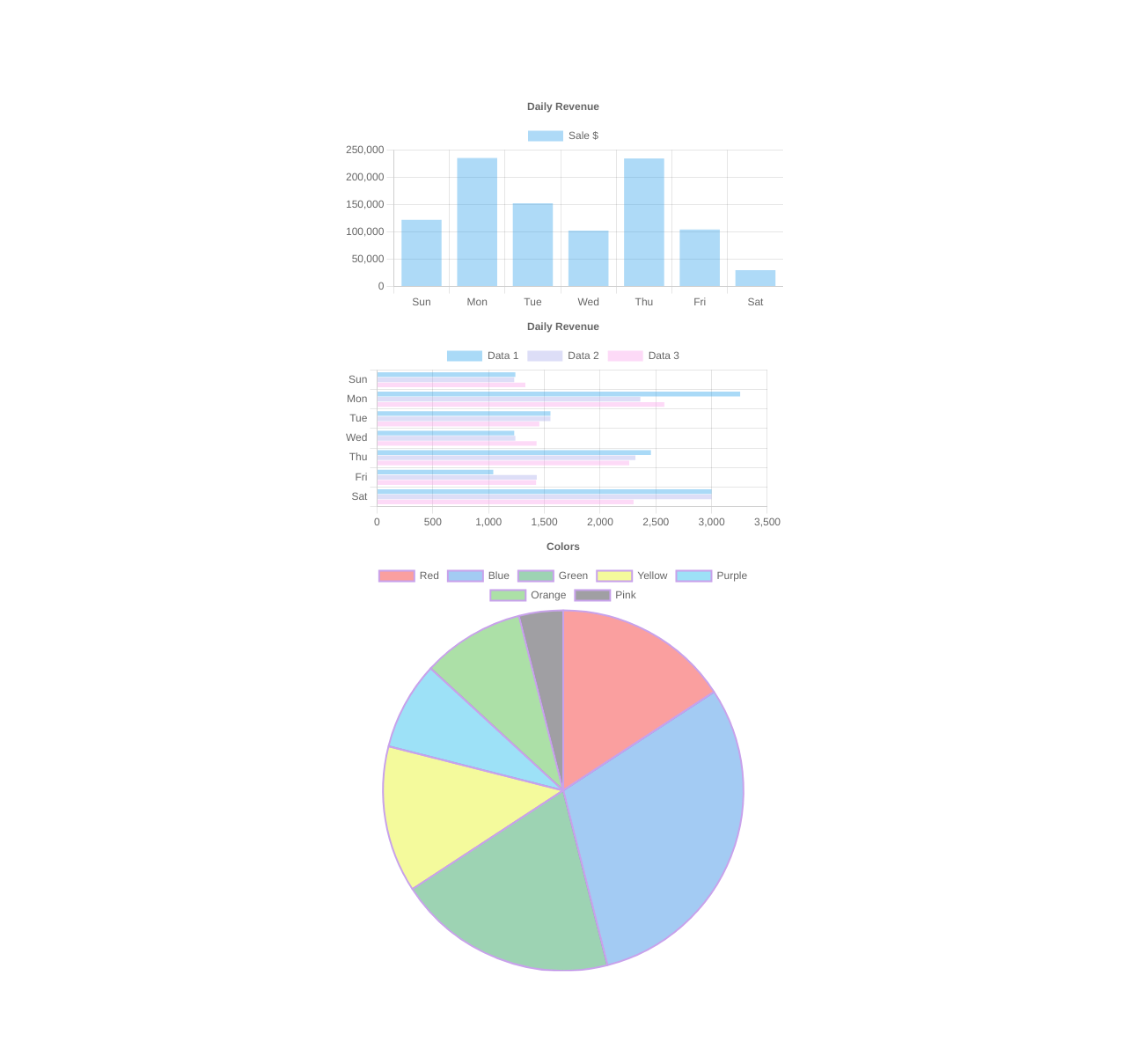
Repository: k8ANStar/exercise-5
Page: /
The author's editor kept a copy of each file at every save. The page is drawn from the files as they stood at one save, then again after a run of saves.
The browser window is 1280 px wide. The pictures show the whole page, at 88% of full size.
The project was rebuilt for these pictures with package versions that can differ from the ones it lists, and the page was loaded fresh each time. The framework's server and built-in components were replaced by stand-ins that run in the browser. Also part of the build but not shown: next.config.mjs.

Above is the page before, as saved 2024-04-15 10:44:55.

After the next 3 saves:
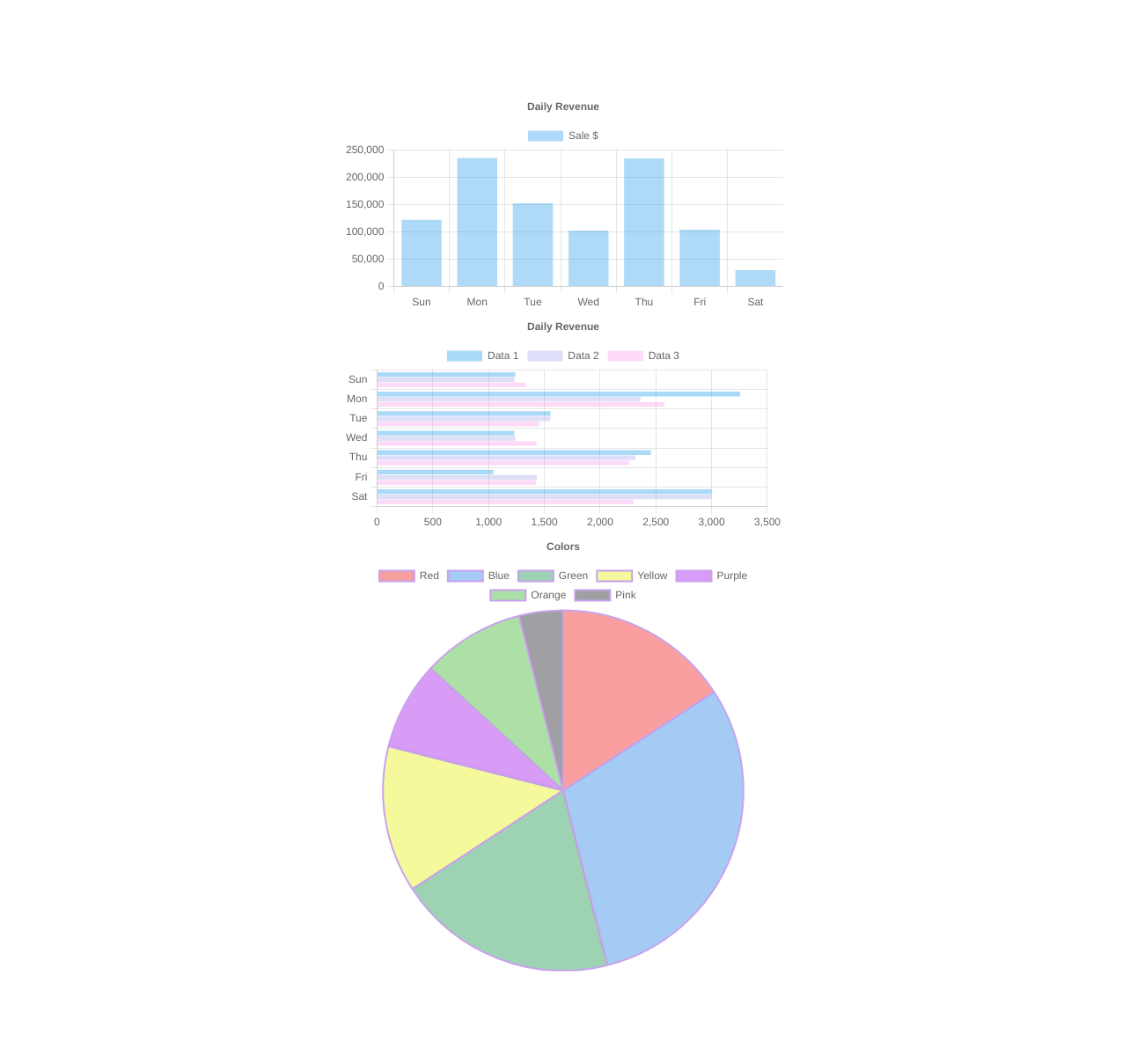
The 3 saves are shown as one change because they came seconds apart.
The last was saved 22 s later.
--- a/components/PieChart/index.js
+++ b/components/PieChart/index.js
@@ -31,7 +31,7 @@ export default function PieChart() {
 						"rgb(25, 126, 226, 0.4)",
 						"rgb(11, 146, 65, 0.4)",
 						"rgb(228, 243, 9, 0.4)",
-						"rgb(12, 180, 235, 0.4)",
+						"rgb(157, 9, 235, 0.4)",
 						"rgb(49, 178, 35, 0.4)",
 						"rgb(19, 16, 25, 0.4)",
 					],
